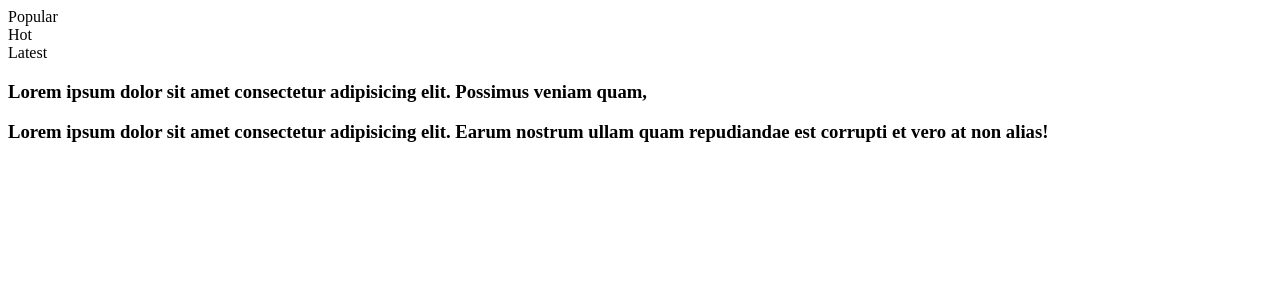
Repository: tungts3qb/Javascript
Page: tab.html
An editor plug-in stored every save of this project. The page is shown before and after the next save, followed by the edit.
The browser window is 1280 px wide. The pictures show the whole page.

Above is the page before, as saved 2022-12-25 00:41:59.

### tab.html
<!DOCTYPE html>
<html lang="en">
  <head>
    <meta charset="UTF-8" />
    <meta http-equiv="X-UA-Compatible" content="IE=edge" />
    <meta name="viewport" content="width=device-width, initial-scale=1.0" />
    <title>Tab</title>
  </head>
  <body>
    <div class="tab">
      <div class="tab-list">
        <div class="tab-item active">Popular</div>
        <div class="tab-item">Hot</div>
        <div class="tab-item">Latest</div>
      </div>
      <div class="tab-wrapper">
        <div class="tab-content active">
          <h3 class="post-title">
            Lorem ipsum dolor sit amet consectetur adipisicing elit. Possimus
            veniam quam,
          </h3>
        </div>

        <div class="tab-content">
          <h3 class="post-title">
            Lorem ipsum dolor sit amet consectetur adipisicing elit. Earum
            nostrum ullam quam repudiandae est corrupti et vero at non alias!
          </h3>
        </div>
      </div>
    </div>
  </body>
</html>

After the next save:
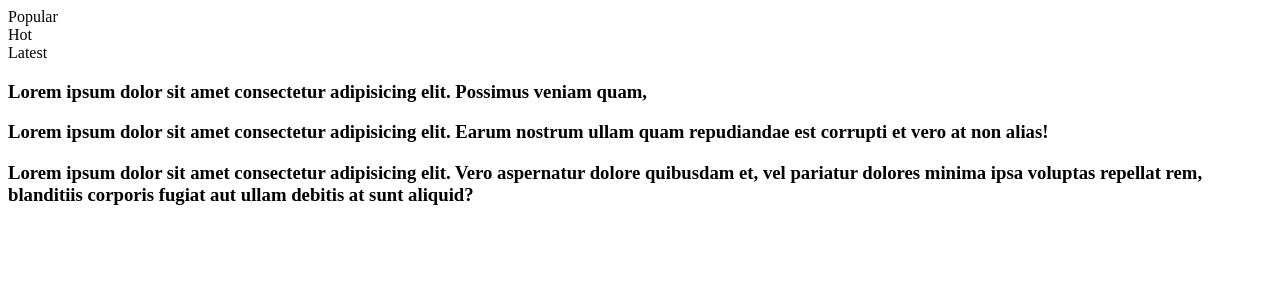
Saved 12 s later.
--- a/tab.html
+++ b/tab.html
@@ -27,6 +27,15 @@
             nostrum ullam quam repudiandae est corrupti et vero at non alias!
           </h3>
         </div>
+
+        <div class="tab-content">
+          <h3 class="post-title">
+            Lorem ipsum dolor sit amet consectetur adipisicing elit. Vero
+            aspernatur dolore quibusdam et, vel pariatur dolores minima ipsa
+            voluptas repellat rem, blanditiis corporis fugiat aut ullam debitis
+            at sunt aliquid?
+          </h3>
+        </div>
       </div>
     </div>
   </body>
